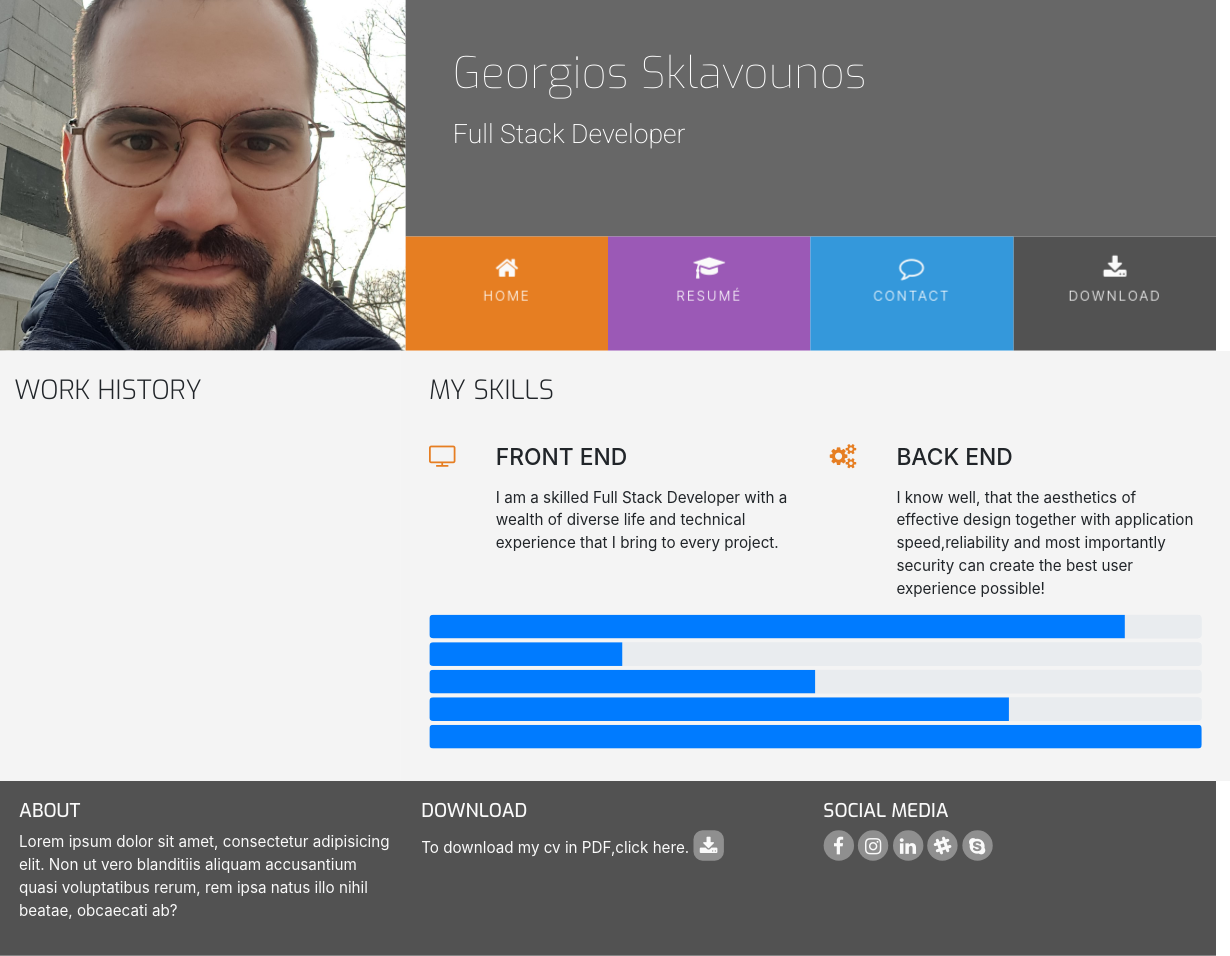
Repository: GeorgiosSklav/MyResume
Page: resume.html
The author's editor kept a record of every edit. The page is drawn from the files as they stood at one moment, then again after the next edit.
The browser window is 1280 px wide. The page is 1295 px wide, so the pictures cover 1295 px, including what lies to the right of the window. The pictures show the whole page, at 95% of full size.

Above is the page before.

### resume.html
<!DOCTYPE html>
<html lang="en">

<head>
    <meta charset="UTF-8">
    <meta name="viewport" content="width=device-width, initial-scale=1.0">
    <meta http-equiv="X-UA-Compatible" content="ie=edge">
    <link rel="stylesheet" href="https://stackpath.bootstrapcdn.com/bootstrap/4.3.1/css/bootstrap.min.css" type="text/css" />
    <link rel="stylesheet" href="https://stackpath.bootstrapcdn.com/font-awesome/4.7.0/css/font-awesome.min.css" type="text/css" />
    <link rel="stylesheet" href="assets/css/style.css" type="text/css" />
    <link rel="stylesheet" href="https://cdnjs.cloudflare.com/ajax/libs/hover.css/2.3.1/css/hover-min.css" type="text/css" />
    <title>Georgios Sklavounos resume</title>
</head>

<body>
    <header>
        <div class="row no-gutters">
            <a href="index.html" class="col-md-4 logo">

            </a>
            <div class="col-md-8">
                <div class="row no-gutters bg-color-name-title">
                    <div class="col heading">
                        <h1 class="name">Georgios Sklavounos</h1>
                        <h2 class="title">Full Stack Developer</h2>
                    </div>
                </div>
                <div class="row no-gutters">
                    <div class="col">
                        <ul id="nav" class="list-inline menucontainer">
                            <li class="col-6 col-sm-3 color-home list-inline-item menu-item">
                                <a href="#" class="hvr-sweep-to-right"><i class="fa fa-home" aria-hidden="true"></i><span>Home</span></a>
                            </li>
                            <li class="col-6 col-sm-3 color-resume list-inline-item menu-item">
                                <a href="#" class="hvr-sweep-to-left"><i class="fa fa-graduation-cap" aria-hidden="true"></i><span>Resumé</span></a>
                            </li>
                            <li class="col-6 col-sm-3 color-contact list-inline-item menu-item">
                                <a href="#" class="hvr-sweep-to-right"><i class="fa fa-comment-o" aria-hidden="true"></i><span>Contact</span></a>
                            </li>
                            <li class="col-6 col-sm-3 color-download list-inline-item menu-item">
                                <a href="#" class="hvr-sweep-to-left"><i class="fa fa-download" aria-hidden="true"></i><span>Download</span></a>
                            </li>
                        </ul>
                    </div>
                </div>
            </div>
    </header>
    <setion class="container-fluid">
        <div class="row">
            <div class="col-md-4 bg-color-personal-info section-column">
                <div class="row">
                    <div class="col-12">
                        <h3 class="section-heading uppercase">Work History</h3>
                    </div>
                </div>
            </div>
            <div class="col-md-8 bg-color-three-reasons section-column">
                <div class="row">
                    <div class="col">
                        <h3 class="section-heading uppercase">My Skills</h3>
                    </div>
                </div>
                <div class="row">
                    <div class="col-10 offset-1 offset-sm-0 col-sm-4 col-md-6">
                        <div class="row">
                            <div class="col-2">
                                <i class="three-reasons-icon fa fa-tv" aria-hidden="true"></i>
                            </div>
                            <div class="col-10">
                                <h4 class="three-reason-heading uppercase">Front End</h4>
                                <p>I am a skilled Full Stack Developer with a wealth of diverse life and technical experience that I bring to every project.</p>
                            </div>
                        </div>
                    </div>
                    <div class="col-10 offset-1 offset-sm-0 col-sm-4 col-md-6">
                        <div class="row">
                            <div class="col-2">
                                <i class="three-reasons-icon fa fa-gears" aria-hidden="true"></i>
                            </div>
                            <div class="col-10">
                                <h4 class="three-reason-heading uppercase">Back End</h4>
                                <p>I know well, that the aesthetics of effective design together with application speed,reliability and most importantly security can create the best user experience possible!</p>
                            </div>
                        </div>
                    </div>
                </div>
                <div class="row">
                    <div class="col">
                        <div class="progress">
                            <div class="progress-bar" role="progressbar" aria-valuenow="0" aria-valuemin="0" aria-valuemax="100" style="width:90%;"></div>
                        </div>
                        <div class="progress">
                            <div class="progress-bar" role="progressbar" style="width: 25%" aria-valuenow="25" aria-valuemin="0" aria-valuemax="100"></div>
                        </div>
                        <div class="progress">
                            <div class="progress-bar" role="progressbar" style="width: 50%" aria-valuenow="50" aria-valuemin="0" aria-valuemax="100"></div>
                        </div>
                        <div class="progress">
                            <div class="progress-bar" role="progressbar" style="width: 75%" aria-valuenow="75" aria-valuemin="0" aria-valuemax="100"></div>
                        </div>
                        <div class="progress">
                            <div class="progress-bar" role="progressbar" style="width: 100%" aria-valuenow="100" aria-valuemin="0" aria-valuemax="100"></div>
                        </div>
                    </div>
                </div>
            </div>
        </div>
    </setion>
    <footer class="container-fluid">
        <div class="row" id="footer-details">
            <div class="col-sm-4">
                <h5 class="uppercase general-sub">About</h5>
                <p class="inline-block">
                    Lorem ipsum dolor sit amet, consectetur adipisicing elit. Non ut vero blanditiis aliquam accusantium quasi voluptatibus rerum, rem ipsa natus illo nihil beatae, obcaecati ab?
                </p>
            </div>
            <div class="col-sm-4">
                <h5 class="uppercase general-sub">Download</h5>
                <p class="inline-block">
                    To download my cv in PDF,click here.
                    <a href="#" target="_blank" class="cv-pdf">
                        <i class="fa fa-download" aria-hidden="true"></i>
                        <span class="sr-only">Download icon.</span>
                    </a>
                </p>
            </div>
            <div class="col-sm-4">
                <h5 class="uppercase general-sub">Social Media</h5>
                <ul class="list-inline social-links">
                    <li class="list-inline-item">
                        <a target="_blank" href="#">
                            <i class="fa fa-facebook"></i>
                            <span class="sr-only">Facebook</span>
                        </a>
                    </li>
                    <li class="list-inline-item">
                        <a target="_blank" href="#">
                            <i class="fa fa-instagram"></i>
                            <span class="sr-only">Instagram</span>
                        </a>
                    </li>
                    <li class="list-inline-item">
                        <a target="_blank" href="#">
                            <i class="fa fa-linkedin"></i>
                            <span class="sr-only">Linked-In</span>
                        </a>
                    </li>
                    <li class="list-inline-item">
                        <a target="_blank" href="#">
                            <i class="fa fa-slack"></i>
                            <span class="sr-only">Slack</span>
                        </a>
                    </li>
                    <li class="list-inline-item">
                        <a target="_blank" href="#">
                            <i class="fa fa-skype"></i>
                            <span class="sr-only">Skype</span>
                        </a>
                    </li>
                </ul>
            </div>
        </div>
    </footer>
</body>

</html>

### assets/css/style.css
@import url('https://fonts.googleapis.com/css?family=Roboto:100,200,300,400,500,600,700|Exo:100,200,300,400,500,600,700');



/*-------------------------colours*/

.bg-color-name-title {
    background-color: #676767;
}

.color-home {
    background-color: #e67e22;
}

.color-resume {
    background-color: #9b59b6;
}

.color-contact {
    background-color: #3498db;
}

.color-download {
    background-color: #525252;
}

.bg-color-three-reasons {
    background-color: #f4f4f4;
}

.bg-color-personal-info {
    background-color: #f4f4f4;
}


/*---------------------------------Paddings,texts,etc*/

h1,
h2,
h3,
h4 {
    margin: 0;
}

.uppercase {
    text-transform: uppercase;
}

.general-sub {
    font-family: "Exo", sans-serif;
    color: #fafafa;
}

.inline-block {
    display: inline-block;
}

.row-table {
    display: table;
}

.section-column {
    display: table-cell;
    padding: 0 30px 30px;
    float: none;
}

.section-heading {
    font-family: "Exo", sans-serif;
    font-weight: 300;
    margin-top: 25px;
    margin-bottom: 40px;
}

/*----------------------Container-fluid*/

.container-fluid {
    width: 100%;
    padding: 0;
    padding-bottom: 0;
    margin-right: auto;
    margin-left: auto;
}

/*----------------------heading*/

header {
    margin: 0;
}

.heading {
    margin-left: 50px;
}

.logo {
    background: url("../images/pic2.jpg");
    background-position: center;
    background-repeat: no-repeat;
    background-size: cover;
    min-height: 360px;
    transition: all 0.5s ease-in-out;
    -moz-transition: all 0.5s ease-in-out;
    -webkit-transition: all 0.5s ease-in-out;

}

.name {
    font-family: "Exo", sans-serif;
    font-weight: 100;
    font-size: 46px;
    margin-top: 50px;
    color: #fff;
}

.title {
    font-family: "Roboto", sans-serif;
    font-weight: 200;
    font-size: 28px;
    margin-top: 20px;
    margin-bottom: 90px;
    color: #fff;
}

.list-inline-item:not(:last-child) {
    margin: 0;
}

.menucontainer {
    font-size: 0;
}

#nav {
    margin: 0;
}

#nav li {
    font-size: 14px;
    padding: 0;
}

.menu-item {
    height: 120px;
    text-align: center;
    padding: 0;
}

.menu-item a {
    width: 100%;
    text-decoration: none;
    color: #fff;
    height: 120px;
}

.menu-item a i {
    padding-top: 20px;
    display: block;
    color: #fafafa;
    font-size: 26px;
}

.menu-item span {
    display: block;
    width: 100%;
    padding-top: 5px;
    text-align: center;
    text-transform: uppercase;
    font-size: 14px;
    font-weight: 300;
    letter-spacing: 2px;
}

/*--------------------------hover style*/

.hvr-sweep-to-right:before {
    background: rgb(0, 0, 0);
    height: 120px;
}

.hvr-sweep-to-left:before {
    background: rgba(0, 0, 0, 0.2);
    height: 120px;
}

/*---------------------------------footer*/

footer {
    background-color: #525252;
    color: #fafafa;
    min-height: 120px;
    margin: 0;
}

.social-links i {
    width: 32px;
    height: 32px;
    padding: 12px 0;
    border-radius: 50%;
    font-size: 20px;
    line-height: 10px;
    text-align: center;
    color: #fafafa;
    background: #8f8f8f;
    transition: all 0.35s ease-in-out;
    -moz-transition: all 0.35s ease-in-out;
    -o-transition: all 0.35s ease-in-out;
    -webkit-transition: all 0.35s ease-in-out;

}

.cv-pdf i {
    /*font-size: 19px;
    text-align: center;
    color: #fafafa;
    padding-left: 5px;
    transition: all 0.35s ease-in-out;
    -moz-transition: all 0.35s ease-in-out;
    -o-transition: all 0.35s ease-in-out;
    -webkit-transition: all 0.35s ease-in-out;*/
    width: 32px;
    height: 32px;
    padding: 12px 0;
    border-radius: 30%;
    font-size: 20px;
    line-height: 10px;
    text-align: center;
    color: #fafafa;
    background: #8f8f8f;
    transition: all 0.35s ease-in-out;
    -moz-transition: all 0.35s ease-in-out;
    -o-transition: all 0.35s ease-in-out;
    -webkit-transition: all 0.35s ease-in-out;


}

.cv-pdf i:hover {
    color: #e84610;
}

.social-links i:hover {
    color: #8f8f8f;
    background: #e84610;
}

#footer-details {
    padding: 20px;
}

/*----------------------three-reasons*/

.three-reasons-icon {
    font-size: 26px;
    color: #e67e22;
}

.three-reason-heading {
    margin-bottom: 15px;
}

/*----------------------personal-info*/

.personal-info-item {
    margin-bottom: 20px;
    display: block;
    clear: both;
}

.personal-info-item .key,
.personal-info-item .value {
    padding-right: 8px;
    display: inline-block;
}

.personal-info-item .key p,
.personal-info-item .value p {
    margin: 0;
}

.personal-info-item .key {
    width: 30%;
    margin-right: 21px;
    padding-top: 2px;
    vertical-align: top;
}

.personal-info-item .key p {
    font-weight: 700;
}

.personal-info-item .value {
    width: 60%;
    position: relative;
}

/*----------------------skills*/
.progress {
    position: relative;
    height: 25px;
    margin-bottom: 4px;
}
.progress-type {
    position: absolute;
    left: 0;
    font-weight: 400;
    padding: 3px 30px 3px 10px;
    color: #fafafa;
    background-color: rgba(25,25,25,0.2);
}

After the next edit:
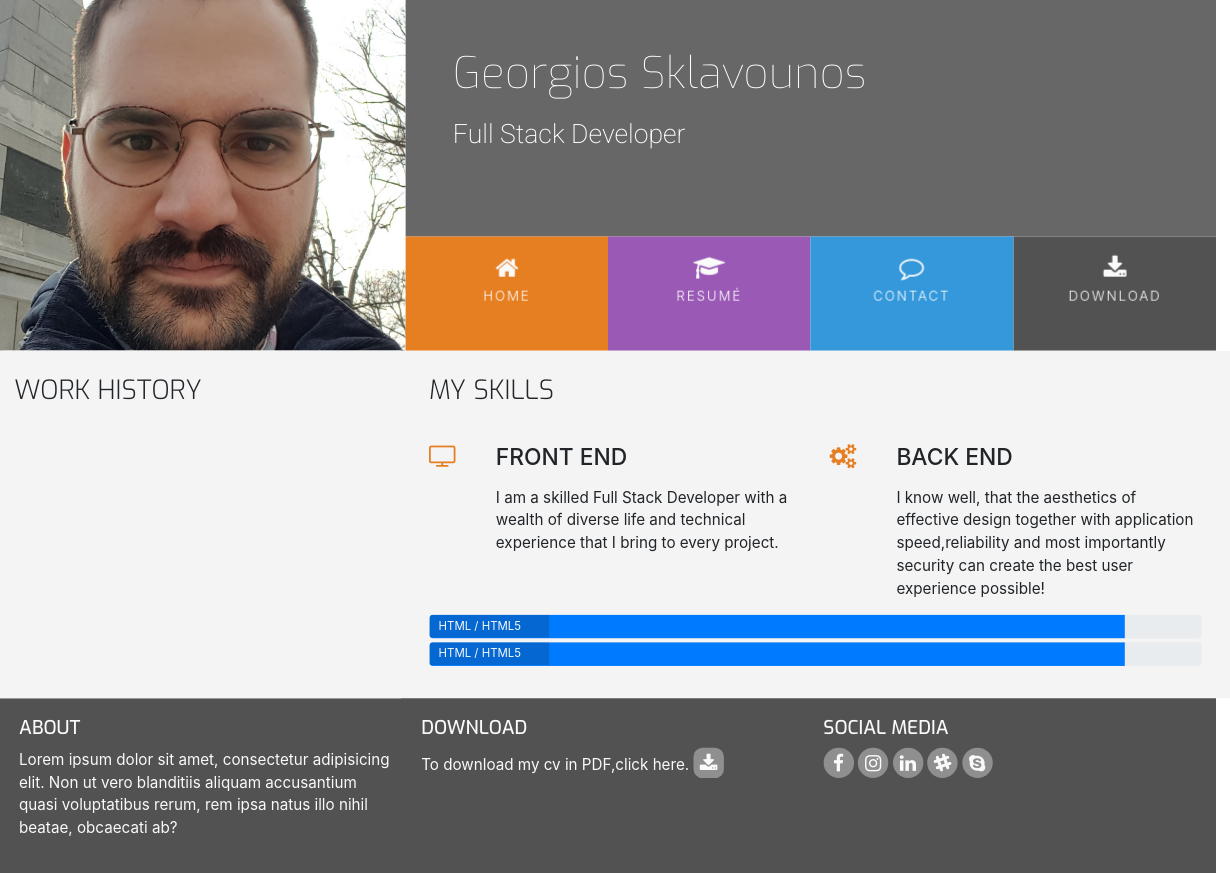
The edit:
--- a/resume.html
+++ b/resume.html
@@ -87,19 +87,16 @@
                 <div class="row">
                     <div class="col">
                         <div class="progress">
-                            <div class="progress-bar" role="progressbar" aria-valuenow="0" aria-valuemin="0" aria-valuemax="100" style="width:90%;"></div>
+                            <div class="progress-bar" role="progressbar" aria-valuenow="0" aria-valuemin="0" aria-valuemax="100" style="width:90%;">
+                                <span class="sr-only">90% complete</span>
+                            </div>
+                            <span class="progress-type">HTML / HTML5</span>
                         </div>
-                        <div class="progress">
-                            <div class="progress-bar" role="progressbar" style="width: 25%" aria-valuenow="25" aria-valuemin="0" aria-valuemax="100"></div>
-                        </div>
-                        <div class="progress">
-                            <div class="progress-bar" role="progressbar" style="width: 50%" aria-valuenow="50" aria-valuemin="0" aria-valuemax="100"></div>
-                        </div>
-                        <div class="progress">
-                            <div class="progress-bar" role="progressbar" style="width: 75%" aria-valuenow="75" aria-valuemin="0" aria-valuemax="100"></div>
-                        </div>
-                        <div class="progress">
-                            <div class="progress-bar" role="progressbar" style="width: 100%" aria-valuenow="100" aria-valuemin="0" aria-valuemax="100"></div>
+                         <div class="progress">
+                            <div class="progress-bar" role="progressbar" aria-valuenow="90" aria-valuemin="0" aria-valuemax="100" style="width:90%;">
+                                <span class="sr-only">90% complete</span>
+                            </div>
+                            <span class="progress-type">HTML / HTML5</span>
                         </div>
                     </div>
                 </div>
